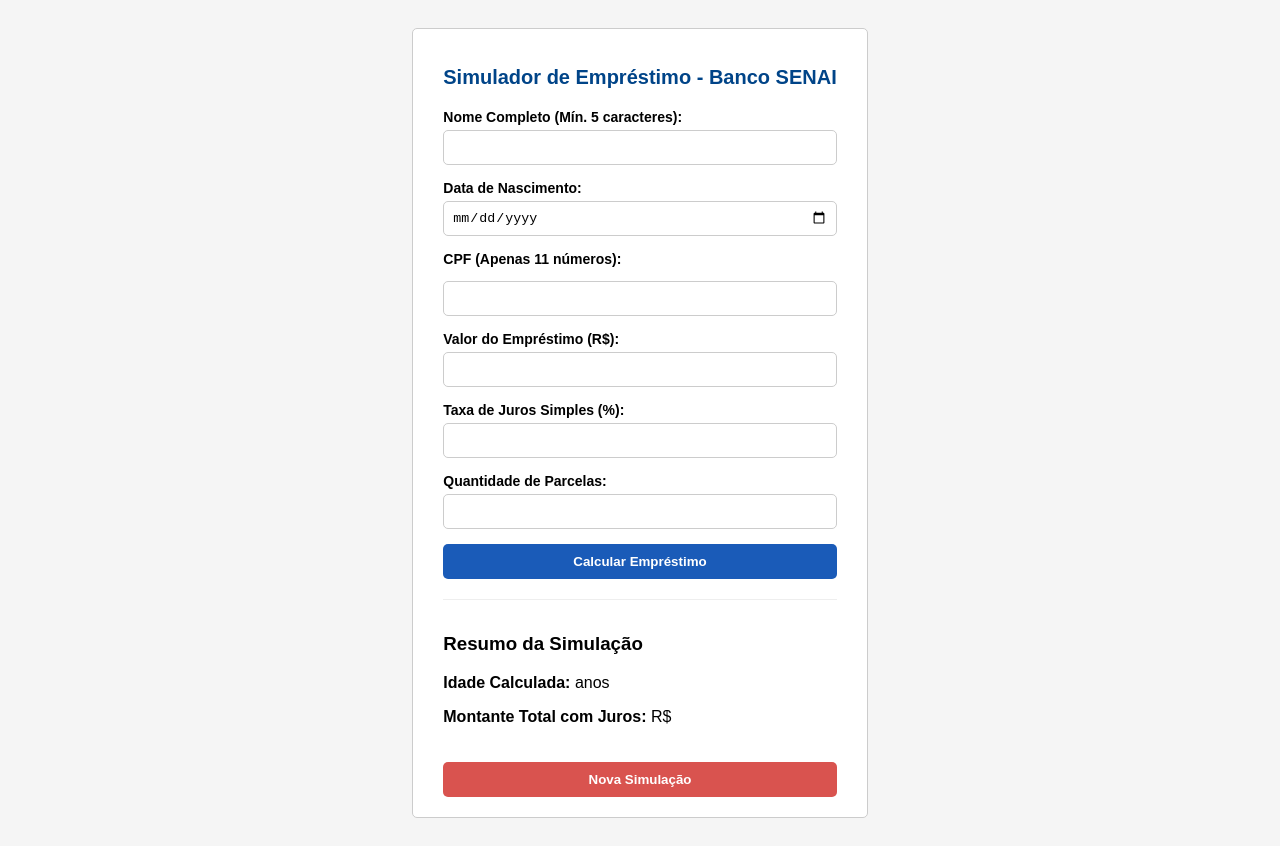
Repository: antonymsantana-design/SeptemberTest
Page: Index.html
These files come from the project's save history. The page is drawn as it stood at one moment and after the next save; the edit follows.
The browser window is 1280 px wide. The pictures show the whole page.

Above is the page before, as saved 2026-09-18 22:51:50.

After the next save:
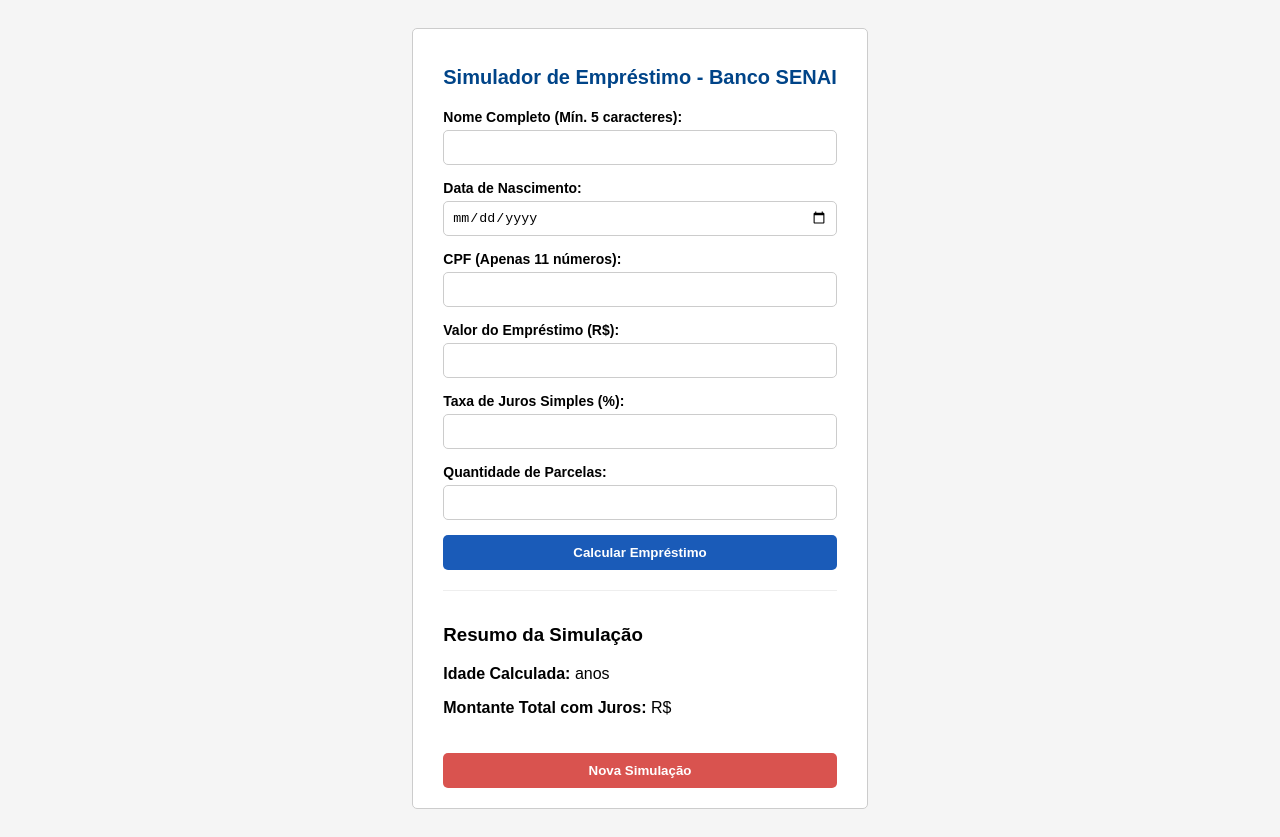
Saved 36 s later.
--- a/Index.html
+++ b/Index.html
@@ -27,7 +27,7 @@
             </div>
 
             <div class="form-group">
-                <label for="clientCPF">CPF (Apenas 11 números):<p id="idade"></p></label>
+                <label for="clientCPF">CPF (Apenas 11 números):</label>
                 <input type="text" id="clientCPF" required>
 
             </div>
